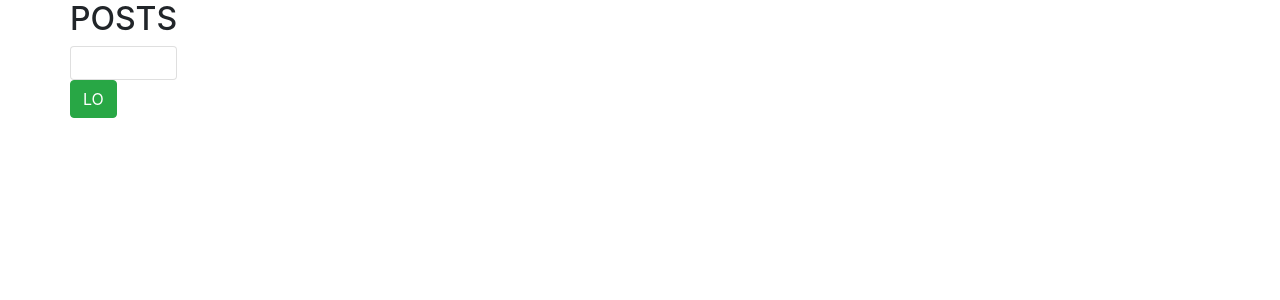
Repository: BillThePony/Ng-Blog-OC
Page: /
These files come from the project's save history. The page is drawn as it stood at one moment and after a run of saves; the edit follows.
The browser window is 1280 px wide. The pictures show the whole page.
The project was rebuilt for these pictures with package versions that can differ from the ones it lists, and the page was loaded fresh each time. Also part of the build but not shown: angular.json, src/app/post-list-item/post-list-item.component.ts.

Above is the page before, as saved 2018-10-08 15:43:15.

After the next 2 saves:
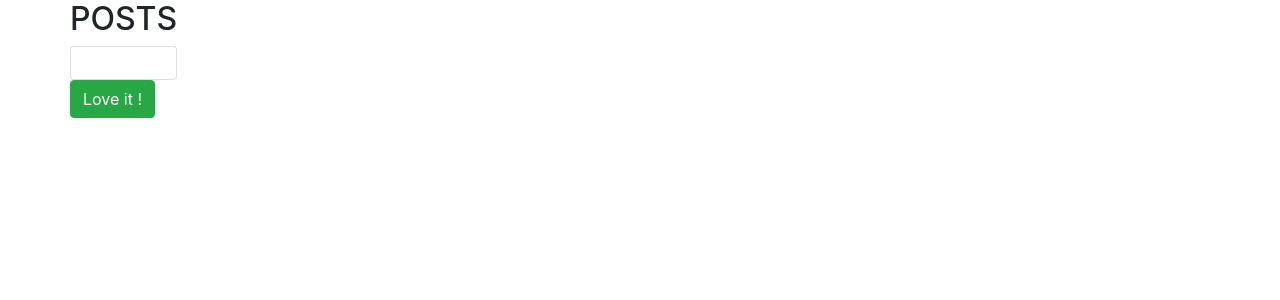
The 2 saves are shown as one change because they came seconds apart.
The last was saved 6 s later.
--- a/src/app/app.component.html
+++ b/src/app/app.component.html
@@ -6,7 +6,7 @@
         <app-post-list></app-post-list>
       </ul>
 
-      <button class ="btn btn-success" (click)="getLoveIts()">LO</button>
+      <button class ="btn btn-success" (click)="getLoveIts()">Love it ! </button>
     </div>
   </div>
 </div>
